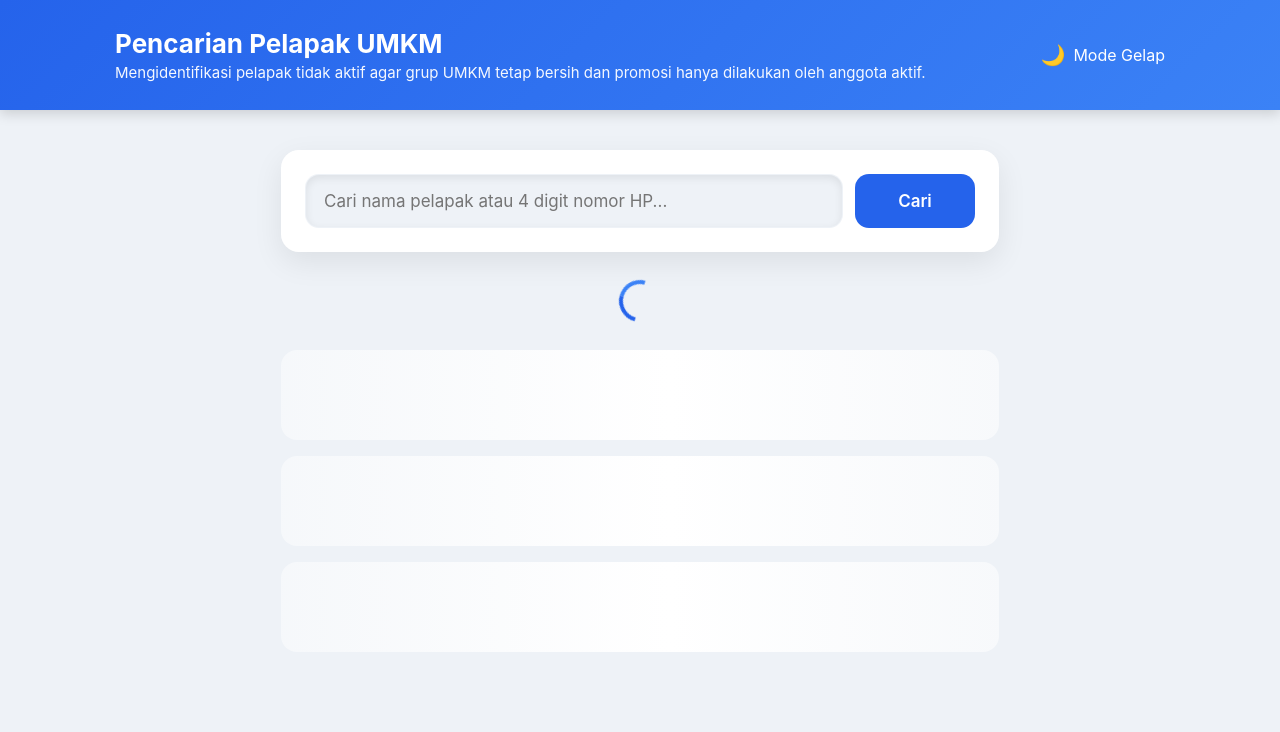
Repository: pasarrakyatbak/ceklapak
Page: index.html
These files come from the project's save history. The page is drawn as it stood at one moment and after the next save; the edit follows.
The browser window is 1280 px wide. The pictures show the whole page.

Above is the page before, as saved 2025-11-19 06:12:53.

### index.html
<!DOCTYPE html>
<html lang="id">

<head>
    <meta charset="UTF-8" />
    <meta name="viewport" content="width=device-width, initial-scale=1.0" />
    <title>Pencarian Pelapak UMKM</title>
    <link rel="stylesheet" href="style.css" />
</head>

<body>
    <header>
        <div class="header-inner">
            <div class="header-text">
                <h1>Pencarian Pelapak UMKM</h1>
                <p class="desc">
                    Mengidentifikasi pelapak tidak aktif agar grup UMKM tetap bersih
                    dan promosi hanya dilakukan oleh anggota aktif.
                </p>
            </div>

            <div class="controls">
                <label class="theme-toggle" aria-label="Toggle dark mode">
                    <input id="themeToggle" type="checkbox" />
                    <span class="toggle-icon">🌙</span>
                    <span class="toggle-text">Mode Gelap</span>
                </label>
            </div>
        </div>
    </header>

    <main>
        <section class="search-card">
            <div class="search-box">
                <input type="text" id="queryInput" placeholder="Cari nama pelapak atau 4 digit nomor HP..."
                    autocomplete="off" aria-label="Kolom pencarian pelapak" />
                <button id="searchBtn" aria-label="Tombol cari pelapak">Cari</button>
            </div>
        </section>

        <!-- RESULT BOX -->
        <section>
            <div id="resultBox" class="result-box hidden" role="region" aria-live="polite"></div>
        </section>

        <!-- LOADING SPINNER -->
        <div id="loader" class="loader hidden" aria-hidden="true"></div>

        <!-- SKELETON LOADING -->
        <div id="skeletonBox" class="skeleton-box hidden" aria-hidden="true">
            <div class="skeleton-item"></div>
            <div class="skeleton-item"></div>
            <div class="skeleton-item"></div>
        </div>
    </main>

    <script src="app.js"></script>
</body>

</html>

### style.css
/* === Color variables === */
:root {
    --bg: #eef2f7;
    --card: #ffffff;
    --text: #1e293b;
    --muted: #64748b;
    --primary: #2563eb;
    --primary-light: #3b82f6;
    --shadow: rgba(0, 0, 0, 0.08);

    --font-lg: 17px;
    --font-base: 16px;
    --font-sm: 14px;
}

body.dark {
    --bg: #0d1117;
    --card: #161b22;
    --text: #e5e7eb;
    --muted: #9ca3af;
    --primary: #3b82f6;
    --primary-light: #60a5fa;
    --shadow: rgba(0, 0, 0, 0.45);
}

/* === Base === */
* {
    margin: 0;
    padding: 0;
    box-sizing: border-box;
    font-family: "Inter", system-ui, sans-serif;
}

body {
    background: var(--bg);
    color: var(--text);
    transition: 0.3s ease;
    padding-bottom: 40px;
}

/* === Header === */
header {
    background: linear-gradient(135deg, var(--primary), var(--primary-light));
    padding: 28px 20px;
    color: white;
    box-shadow: 0 4px 12px rgba(0, 0, 0, 0.15);
}

.header-inner {
    max-width: 1050px;
    margin: auto;
    display: flex;
    justify-content: space-between;
    align-items: center;
}

header h1 {
    font-size: 26px;
    font-weight: 700;
}

.desc {
    font-size: 15px;
    opacity: 0.95;
    margin-top: 4px;
}

/* === Dark mode toggle === */
.theme-toggle {
    display: flex;
    align-items: center;
    gap: 8px;
    cursor: pointer;
    user-select: none;
}

.theme-toggle input {
    display: none;
}

.toggle-icon {
    font-size: 20px;
}

.toggle-text {
    font-size: 16px;
}

/* === Search Card === */
main {
    max-width: 750px;
    margin: 40px auto;
    padding: 0 16px;
}

.search-card {
    background: var(--card);
    padding: 24px;
    border-radius: 18px;
    box-shadow: 0 10px 30px var(--shadow);
    backdrop-filter: blur(4px);
}

/* search box */
.search-box {
    display: flex;
    gap: 12px;
}

.search-box input {
    flex: 1;
    padding: 16px 18px;
    border-radius: 14px;
    border: 1px solid transparent;
    background: var(--bg);
    color: var(--text);
    font-size: 17px;
    box-shadow: inset 0 3px 8px var(--shadow);
    transition: 0.2s;
}

.search-box input:focus {
    border-color: var(--primary);
    outline: none;
}

.search-box button {
    padding: 16px 20px;
    background: var(--primary);
    color: white;
    font-size: 17px;
    font-weight: 600;
    border: none;
    border-radius: 14px;
    cursor: pointer;
    transition: 0.2s;
    min-width: 120px;
}

.search-box button:hover {
    background: var(--primary-light);
    transform: translateY(-2px);
}

/* === Result Box === */
.result-box {
    margin-top: 28px;
}

/* result card improved */
.result-item {
    background: var(--card);
    padding: 22px;
    margin-bottom: 16px;
    border-radius: 16px;
    box-shadow: 0 6px 18px var(--shadow);
    border-left: 6px solid var(--primary);
    transition: 0.2s ease;
}

.result-item:hover {
    transform: translateY(-3px);
}

.result-item strong {
    color: var(--primary);
    font-size: 18px;
}

.result-item div {
    font-size: 17px;
    margin-bottom: 6px;
}

.small {
    margin-top: 6px;
    font-size: 15px;
    color: var(--muted);
}

/* === Skeleton Loader === */
.skeleton-box {
    margin-top: 25px;
}

.skeleton-item {
    height: 90px;
    background: linear-gradient(90deg,
            var(--card) 0%,
            var(--bg) 50%,
            var(--card) 100%);
    background-size: 200% 100%;
    border-radius: 16px;
    margin-bottom: 16px;
    animation: shimmer 1.4s infinite;
}

@keyframes shimmer {
    0% {
        background-position: -200% 0;
    }

    100% {
        background-position: 200% 0;
    }
}

/* === Loader === */
.loader {
    width: 42px;
    height: 42px;
    border: 4px solid transparent;
    border-top-color: var(--primary);
    border-right-color: var(--primary-light);
    border-radius: 50%;
    animation: spin 0.75s linear infinite;
    margin: 28px auto;
}

@keyframes spin {
    to {
        transform: rotate(360deg);
    }
}

/* === Responsive (tablet + mobile) === */
@media (max-width: 768px) {
    header h1 {
        font-size: 22px;
    }

    .search-card {
        padding: 20px;
    }

    .result-item {
        padding: 20px;
    }

    .result-item strong {
        font-size: 17px;
    }
}

@media (max-width: 480px) {

    .header-inner {
        flex-direction: column;
        align-items: flex-start;
        gap: 12px;
    }

    .search-box {
        flex-direction: column;
    }

    .search-box input,
    .search-box button {
        width: 100%;
        font-size: 16px;
    }

    .result-item div {
        font-size: 16px;
    }

    .result-item strong {
        font-size: 17px;
    }
}

### app.js
// === CONFIG ===
const API_URL = "https://script.google.com/macros/s/AKfycby4z2qZ24SrJkcyGpybH29lSUC_3_z1LG-7wSmTzpaOEXrwjXf0Cl3hqkg95qAxPj1-/exec";

// DOM
const searchBtn = document.getElementById("searchBtn");
const queryInput = document.getElementById("queryInput");
const resultBox = document.getElementById("resultBox");
const themeToggle = document.getElementById("themeToggle");
const toggleText = document.querySelector(".toggle-text");
const toggleIcon = document.querySelector(".toggle-icon");
const skeletonBox = document.getElementById("skeletonBox");
const loader = document.getElementById("loader");

// Load saved theme
if (localStorage.getItem("theme") === "dark") {
    document.body.classList.add("dark");
    themeToggle.checked = true;
    toggleText.textContent = "Mode Terang";
    toggleIcon.textContent = "☀️";
}

themeToggle.addEventListener("change", () => {
    if (themeToggle.checked) {
        document.body.classList.add("dark");
        toggleText.textContent = "Mode Terang";
        toggleIcon.textContent = "☀️";
        localStorage.setItem("theme", "dark");
    } else {
        document.body.classList.remove("dark");
        toggleText.textContent = "Mode Gelap";
        toggleIcon.textContent = "🌙";
        localStorage.setItem("theme", "light");
    }
});
// Search
searchBtn.addEventListener("click", searchData);
queryInput.addEventListener("keypress", e => e.key === "Enter" && searchData());

// Clean
function cleanNumber(input) {
    return input.replace(/\s|\.|-|\(|\)|\+/g, "");
}

function normalizePhone(phone) {
    if (!phone) return "";
    const digits = phone.replace(/[^0-9]/g, "");
    if (!digits) return "";
    if (digits.startsWith("0")) return digits;
    return "0" + digits;
}

// Main search
function searchData() {
    const raw = queryInput.value.trim();

    // Jika input kosong → matikan loader & skeleton
    if (!raw) {
        hideSkeleton();
        hideLoader();
        return renderError("Masukkan nama atau angka.");
    }

    showSkeleton();
    showLoader();

    const onlyDigits = cleanNumber(raw);
    const is4 = /^\d{4}$/.test(onlyDigits);
    const q = is4 ? onlyDigits : raw.toLowerCase();

    fetch(`${API_URL}?q=${encodeURIComponent(q)}`)
        .then(res => res.json())
        .then(data => {
            hideSkeleton();
            hideLoader();

            if (!data || data.status === "error")
                return renderError(data?.pesan || "Tidak ditemukan.");

            const normalized = (data.hasil || []).map(item => ({
                nama: item.nama,
                nomor_whatsapp: normalizePhone(item.nomor_whatsapp || ""),
                nomor_lapak: item.nomor_lapak || "Tidak ada",
                baris: item.baris
            }));

            renderResults(normalized);
        })
        .catch(() => {
            hideSkeleton();
            hideLoader();
            renderError("Server tidak merespon.");
        });
}


function renderResults(results) {
    resultBox.classList.remove("hidden");

    if (!results.length) {
        resultBox.innerHTML = `<p class="empty">Tidak ada hasil.</p>`;
        return;
    }

    let html = "";
    results.forEach(r => {
        html += `
        <div class="result-item">
            <div><strong>Nama:</strong> ${escape(r.nama)}</div>
            <div><strong>Nomor WhatsApp:</strong> ${escape(r.nomor_whatsapp)}</div>
            <div class="small"><strong>Nomor Lapak:</strong> ${escape(r.nomor_lapak)}</div>
        </div>
        `;
    });

    resultBox.innerHTML = html;
}

function renderError(msg) {
    resultBox.classList.remove("hidden");
    resultBox.innerHTML = `<p style="color:var(--primary);font-weight:600">${escape(msg)}</p>`;
}

function escape(s) {
    return String(s || "—")
        .replace(/&/g, "&amp;")
        .replace(/</g, "&lt;")
        .replace(/>/g, "&gt;");
}

function showSkeleton() {
    skeletonBox.classList.remove("hidden");
    resultBox.classList.add("hidden");
}

function hideSkeleton() {
    skeletonBox.classList.add("hidden");
}

function showLoader() {
    loader.classList.remove("hidden");
    resultBox.classList.add("hidden");
}

function hideLoader() {
    loader.classList.add("hidden");
}

After the next save:
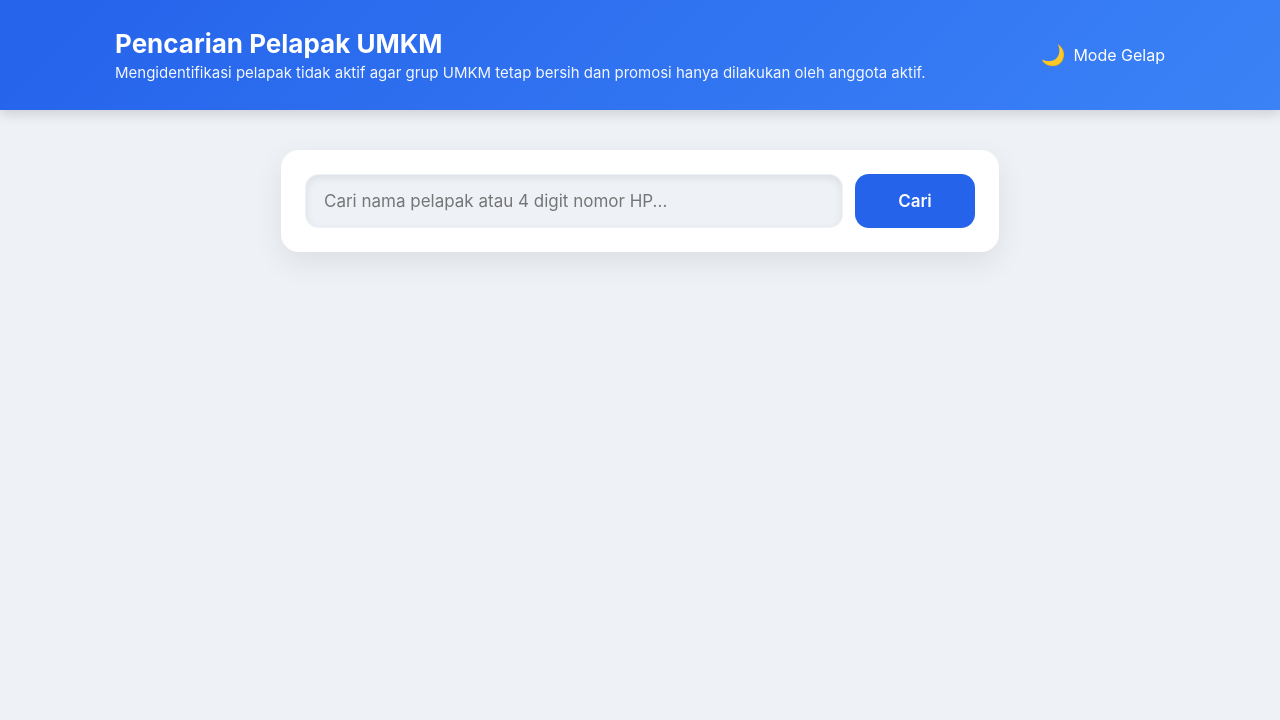
Saved 107 s later.
--- a/style.css
+++ b/style.css
@@ -223,6 +223,10 @@
     }
 }
 
+.hidden {
+    display: none !important;
+}
+
 /* === Responsive (tablet + mobile) === */
 @media (max-width: 768px) {
     header h1 {

After the save that followed:
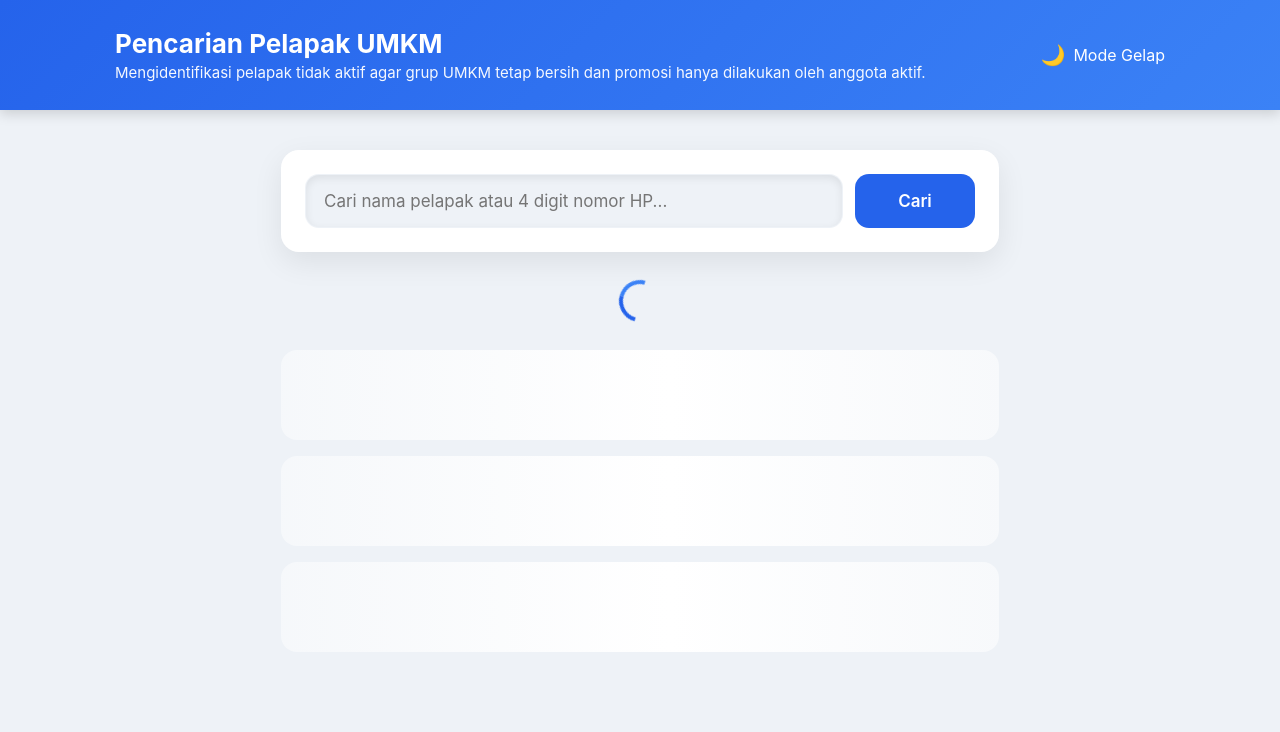
Saved 9 s later.
--- a/style.css
+++ b/style.css
@@ -223,9 +223,6 @@
     }
 }
 
-.hidden {
-    display: none !important;
-}
 
 /* === Responsive (tablet + mobile) === */
 @media (max-width: 768px) {
